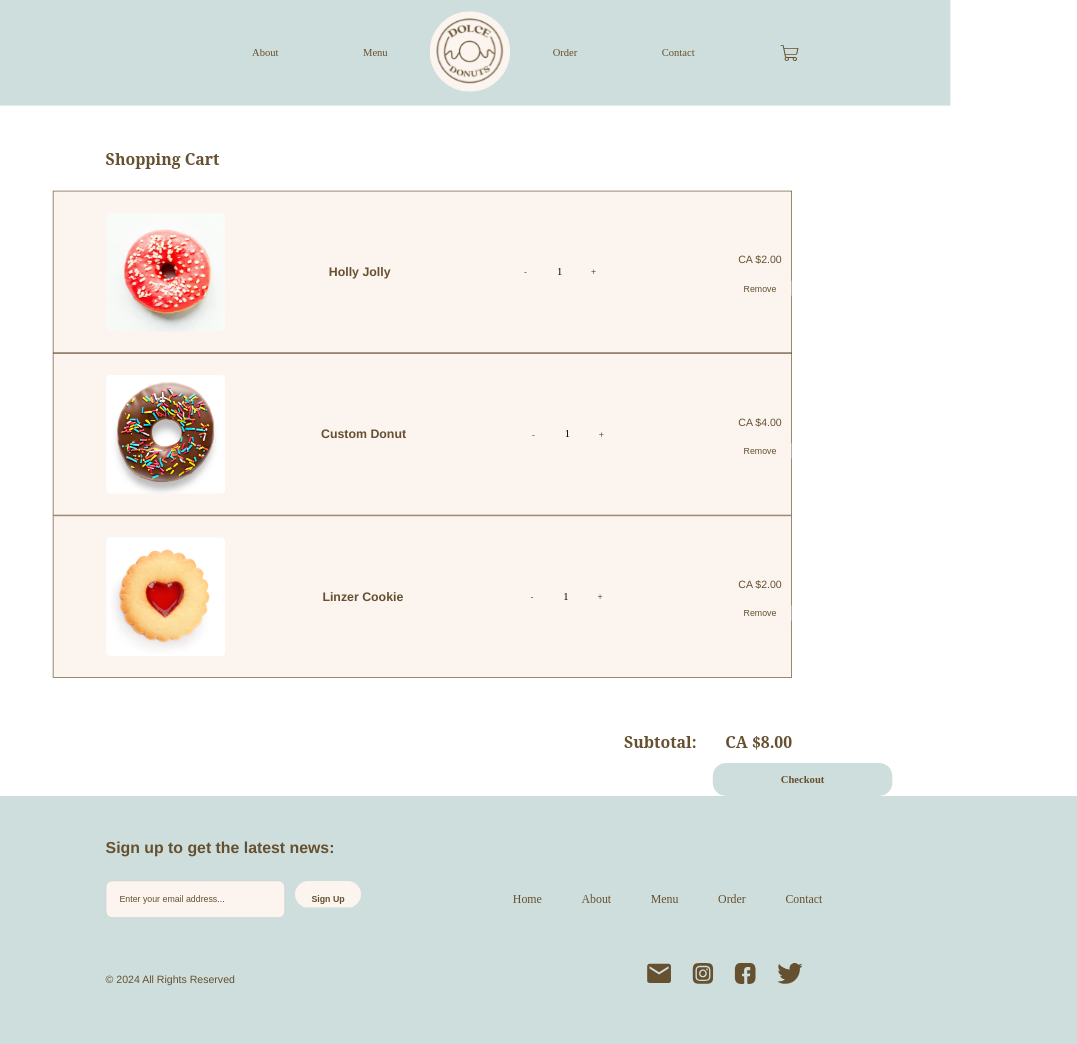
Repository: Crystalhtc/dolcedonuts
Page: /cart
An editor plug-in stored every save of this project. The page is shown before and after the next save, followed by the edit.
The browser window is 1280 px wide. The page is 1632 px wide, so the pictures cover 1632 px, including what lies to the right of the window. The pictures show the whole page, at 66% of full size.
The project was rebuilt for these pictures with package versions that can differ from the ones it lists, and the page was loaded fresh each time. Also part of the build but not shown: vite.config.js, src/pages/Home.module.css, src/components/ProductCard/ProductCard.jsx, src/Data/products.js, src/pages/Order.css, src/pages/Menu.jsx, src/pages/Order.jsx, src/pages/Contact.module.css and 17 more.

Above is the page before, as saved 2024-10-21 05:50:20.

### src/App.jsx
import React from 'react';
import "./App.css";
import { BrowserRouter as Router, Route, Routes } from 'react-router-dom';
import Header from './components/Header/Header';
import Footer from './components/Footer/Footer';
import Home from './pages/Home';
import Menu from './pages/menu';
import Order from './pages/order';
import Contact from './pages/Contact';
import About from './pages/About';
import Checkout from './pages/Checkout';
import Cart from './pages/Cart';
import ProductDetails from './pages/ProductDetails';
import PaymentReview from './pages/PaymentReview';

function App() {

  return (
    <Router>
      <Header />
      <Routes>
        <Route path="/" element={<Home />} />
        <Route path="/about" element={<About />} />
        <Route path="/menu" element={<Menu />} />
        <Route path="/order" element={<Order />} />
        <Route path="/productdetails/:id" element={<ProductDetails />} />
        <Route path="/contact" element={<Contact />} />
        <Route path="/cart" element={<Cart />} />
        <Route path="/checkout" element={<Checkout />} />
        <Route path="/paymentreview" element={<PaymentReview />} />
      </Routes>
      <Footer />
    </Router>
  );
}

export default App;

### src/App.css
@import url('https://fonts.googleapis.com/css2?family=Arimo:ital,wght@0,400..700;1,400..700&display=swap');
@import url('https://fonts.googleapis.com/css2?family=Noto+Serif:ital,wght@0,100..900;1,100..900&display=swap');

:root {
    --mint: #CEDEDC;
    --cream: #FBF4EF;
    --pink: #F5CCD6;
    --dark-pink: #E3BBC5;
    --brown: #655030;
    --dark-brown: #4C3B22;
}
body {
    margin: 0 auto;
}
/* font */
/* heading, button */
h1 {
    font-family: "Noto Serif", serif;
    color: #655030;
    font-size: 28pt;
}
/* subheading */
h2 {
    font-size: 24pt;
    font-family: 'Arimo', sans-serif;
    color: #655030;
}
/* paragraph */
p {
    font-family: 'Arimo', sans-serif;
    color: #655030;
}

.container {
    max-width: 1440px;
    margin: 0 auto;
    height: auto;
    /* padding: 20px;  */
}

### src/components/Header/Header.jsx
import { NavLink } from 'react-router-dom';
import styles from './Header.module.css';
import logo from '../../assets/logo.svg';
import cartIcon from '../../assets/cart-icon.svg';

export default function Header() {
  return (
    <nav className={styles.nav}>
      <ul className={styles.navList}>
        <li className={styles.navItem}>
          <NavLink to="/about" className={({ isActive }) => (isActive ? styles.activeLink : undefined)}>About</NavLink>
        </li>
        <li className={styles.navItem}>
          <NavLink to="/menu" className={({ isActive }) => (isActive ? styles.activeLink : undefined)}>Menu</NavLink>
        </li>
        <li className={styles.logoContainer}>
          <NavLink to="/">
            <img src={logo} alt="Logo" className={styles.logo} />
          </NavLink>
        </li>
        <li className={styles.navItem}>
          <NavLink to="/order" className={({ isActive }) => (isActive ? styles.activeLink : undefined)}>Order</NavLink>
        </li>
        <li className={styles.navItem}>
          <NavLink to="/contact" className={({ isActive }) => (isActive ? styles.activeLink : undefined)}>Contact</NavLink>
        </li>
        <li className={styles.navItem}>
          <NavLink to="/cart" className={({ isActive }) => (isActive ? styles.activeLink : undefined)}>
            <img src={cartIcon} alt="Cart" className={styles.cartIcon} />
          </NavLink>
        </li>
      </ul>
    </nav>
  );
}

### src/components/Footer/Footer.jsx
import React from 'react';
import styles from './Footer.module.css';
import socialMediaIcons from '../../assets/social-media-icons.svg';

const Footer = () => {
    return (
        <footer className={styles.footer}> {/* Use styles for className */}
            <h2 className={styles.signUpMessage}>Sign up to get the latest news:</h2>

            <div className={styles.topContainer}>
                <div className={styles.newsletterSignup}> {/* Use styles for className */}
                    <input type="email" placeholder="Enter your email address..." />
                       <button className={styles.signupButton}>Sign Up</button> {/* Use styles for className */}
                </div>

                 <div className={styles.footerLinks}>
                     <ul className={styles.linkList}>
                        <li><a href="/">Home</a></li>
                        <li><a href="/about">About</a></li>
                        <li><a href="/menu">Menu</a></li>
                        <li><a href="/order">Order</a></li>
                        <li><a href="/contact">Contact</a></li>
                    </ul>
                </div>
            </div>

            <div className={styles.footerBottomContainer}>
                <p>© 2024 All Rights Reserved</p>
                <div className={styles.socialMedia}> {/* Use styles for className */}
                    <img src={socialMediaIcons} alt="Social Media Icons" />
                </div>
            </div>
        </footer>
    );
};

export default Footer;

### src/pages/Home.jsx
import React from 'react';
import homeBanner from '../assets/home-main-banner.png';
import cardImage1 from '../assets/home-card-img-1.png';
import cardImage2 from '../assets/home-card-img-2.png';
import cardImage3 from '../assets/home-card-img-3.png';
import cardImage4 from '../assets/home-card-img-4.png';
import cardImage5 from '../assets/home-card-img-5.png';
import styles from './Home.module.css';

const cardData = [
    {
        id: 1,
        image: cardImage1,
        text: (
            <div className={styles.addressCard}>
                    <div className={styles.addressColumn}>
                        <h2>Downtown</h2>
                        <p>XXX West Pender St.<br />
                        Vancouver, BC<br />
                        V6B 1V3<br />
                        (604) XXX-XXXX<br />
                        Mon - Fri 9am – 5pm*<br />
                        Sat - Sun 10am – 6pm*<br />
                        *Or until sell out occurs.</p>
                    </div>
                    <div className={styles.addressColumn}>
                        <h2>Mount Pleasant</h2>
                        <p>XXX Main St.<br />
                        Vancouver, BC<br />
                        V4C 2V6<br />
                        (604) XXX-XXXX<br />
                        Mon - Fri 9am – 5pm*<br />
                        Sat - Sun 10am – 6pm*<br />
                        *Or until sell out occurs.</p>
                    </div>
            </div>
        ),
        button: 'About Us',
        link: '/about'
    },
    {
        id: 2,
        image: cardImage2,
        text: 'Choose your favourite toppings, glazes, and flavours to create a personalized donut, just the way you like.',
        button: 'Custom Donut',
        link: '/order'
    },
    {
        id: 3,
        image: cardImage3,
        text: 'Explore sweet delights at Dolce Donuts with our signature treats, freshly baked treats, and expertly crafted coffees. Our menu is designed to satisfy your sweet cravings.',
        button: 'Menu',
        link: '/menu'
    },
    {
        id: 4,
        image: cardImage4,
        text: 'Pre-order our artisanal donuts for pick-up or shipping! We prepare the same selection as in store. Treat yourself to flavour-packed joy.',
        button: 'Pre-Order Online',
        link: '/order'
    },
    {
        id: 5,
        image: cardImage5,
        text: 'We are here to assist with any inquiries or special orders. Drop us a message to help us make your donut dreams come true!',
        button: 'Get in Touch',
        link: '/contact'
    },
];

export default function Home() {
    return (
        <div className={styles.homeContainer}>
            <img
                src={homeBanner}
                alt="Home Main Banner"
                className={styles.homeBanner}
            />

<div className={styles.cardsContainer}>
                {cardData.map((card, index) => (
                    <div
                        key={card.id}
                        className={`${styles.card} ${index % 2 === 0 ? styles.mintBackground : ''} ${index % 2 === 0 ? styles.cardLeft : styles.cardRight}`}
                    >
                        <img
                            src={card.image}
                            alt={`Card ${card.id}`}
                            className={styles.cardImage}
                        />
                        <div className={styles.cardContent}>
                            <p>{card.text}</p>
                            <a href={card.link} className={styles.ctaButton}>{card.button}</a>
                        </div>
                    </div>
                ))}
            </div>
        </div>
    );
}

### src/pages/Cart.jsx
import { useState } from "react";
import styles from "./Cart.module.css";
import MintButton from "../components/MintButton/MintButton";

export default function Cart() {
    const [quantities, setQuantities] = useState({
        hollyJolly: 1,
        customDonut: 1,
        linzerCookie: 1,
    });

    const prices = {
        hollyJolly: 2.00,
        customDonut: 4.00,
        linzerCookie: 2.00,
    };

    const handleAdd = (item) => {
        setQuantities((prevQuantities) => ({
            ...prevQuantities,
            [item]: prevQuantities[item] + 1,
        }));
    };

    const handleRemove = (item) => {
        setQuantities((prevQuantities) => ({
            ...prevQuantities,
            [item]: Math.max(1, prevQuantities[item] - 1),
        }));
    };

    const handleRemoveItem = (item) => {
        setQuantities((prevQuantities) => {
            const newQuantities = { ...prevQuantities };
            delete newQuantities[item];
            return newQuantities;
        });
    };

    const getTotalPrice = (item) => {
        return (quantities[item] * prices[item]).toFixed(2);
    };

    const calculateTotal = () => {
        return Object.keys(quantities).reduce((total, item) => {
            return total + quantities[item] * prices[item];
        }, 0).toFixed(2);
    };

    return (
        <div>
            <h2 className={styles.cartH2}>Shopping Cart</h2>
            <div className={styles.listContainer}>
                {quantities.hollyJolly && (
                    <div className={styles.itemList}>
                        <img
                            src="src/assets/Donut2.png"
                            alt="Red glazed donut"
                            className={styles.donutImg}
                            width={180}
                            height={180}
                        />
                        <h3 className={styles.cookieName}>Holly Jolly</h3>
                        <div className={styles.quantityControls}>
                            <button onClick={() => handleRemove("hollyJolly")}>-</button>
                            <span>{quantities.hollyJolly}</span>
                            <button onClick={() => handleAdd("hollyJolly")}>+</button>
                        </div>
                        <div className={styles.priceRemove}>
                            <p className={styles.totalPrice}>CA ${getTotalPrice("hollyJolly")}</p>
                            <button className={styles.removeBtn} onClick={() => handleRemoveItem("hollyJolly")}>Remove</button>
                        </div>
                    </div>
                )}

                {quantities.customDonut && (
                    <div className={styles.itemList}>
                        <img
                            src="src/assets/Donut1.png"
                            alt="Chocolate glazed donut"
                            className={styles.donutImg}
                            width={180}
                            height={180}
                        />
                        <h3 className={styles.cookieName}>Custom Donut</h3>
                        <div className={styles.quantityControls}>
                            <button onClick={() => handleRemove("customDonut")}>-</button>
                            <span>{quantities.customDonut}</span>
                            <button onClick={() => handleAdd("customDonut")}>+</button>
                        </div>
                        <div className={styles.priceRemove}>
                            <p className={styles.totalPrice}>CA ${getTotalPrice("customDonut")}</p>
                            <button className={styles.removeBtn} onClick={() => handleRemoveItem("customDonut")}>Remove</button>
                        </div>
                    </div>
                )}

                {quantities.linzerCookie && (
                    <div className={styles.itemList}>
                        <img
                            src="src/assets/LinzerCookie.png"
                            alt="Heart butter cookie"
                            className={styles.donutImg}
                            width={180}
                            height={180}
                        />
                        <h3 className={styles.cookieName}>Linzer Cookie</h3>
                        <div className={styles.quantityControls}>
                            <button onClick={() => handleRemove("linzerCookie")}>-</button>
                            <span>{quantities.linzerCookie}</span>
                            <button onClick={() => handleAdd("linzerCookie")}>+</button>
                        </div>
                        <div className={styles.priceRemove}>
                            <p className={styles.totalPrice}>CA ${getTotalPrice("linzerCookie")}</p>
                            <button className={styles.removeBtn} onClick={() => handleRemoveItem("linzerCookie")}>Remove</button>
                        </div>
                    </div>
                )}
            </div>

            <div className={styles.totalContainer}>
                <h2 className={styles.totalH2}>Subtotal: &nbsp;&nbsp;&nbsp;&nbsp;&nbsp; CA ${calculateTotal()}</h2>
                <div className={styles.checkoutBtn} style={{ width: '240px'}}>
                    <MintButton buttonText="Checkout" />
                </div>

            </div>
        </div>
    );
}

### src/components/Header/Header.module.css
.nav {
    width: 1440px;
    height: 160px;
    background-color: var(--mint);
    display: flex;
    justify-content: center;
    flex-shrink: 0;
    margin: auto;
}

.navList {
    list-style-type: none;
    display: flex;
    justify-content: center;
    align-items: center;
    margin: 0;
    padding: 0;
    width: 100%;

    margin-left: 11%;
}

.navItem {
    margin: 0 4rem;
}

.navItem a {
    text-decoration: none;
    color: var(--brown);
}

.logoContainer {
    flex: 0 0 auto;
}

.logo {
    width: 122px;
    height: 122px;
    object-fit: contain;
}

.cartIcon {
    width: 36px;
    height: auto;
}

.navItem .activeLink {
    text-decoration: underline;
    color: var(--brown);
}

### src/components/Footer/Footer.module.css
.footer {
    width: 1440px;
    height: 312px;
    background-color: var(--mint);
    padding: 2rem;
    color: var(--brown);
    padding-left: 10rem;
    flex-shrink: 0;
    margin: auto;
}

.topContainer {
    display: flex;
    align-items: center;
    gap: 10rem;
}

.footerBottomContainer {
    display: flex;
    margin-top: 3rem;
    gap: 39rem;
}

.newsletterSignup input {
    padding: 20px;
    width: 230px;
    border: 1px solid #ccc;
    background-color: var(--cream);
    border-radius: 10px;
}

.signupButton {
    width: 100px;
    padding: 20px;
    margin-left: 15px;
    background-color: var(--cream);
    color: var(--brown);
    font-weight: bold;
    border: none;
    border-radius: 20px;
}

.footerLinks {
    margin: 20px 0;
    display: flex;
    font-size: large;
}

.linkList a {
    color: var(--brown);
    list-style-type: none;
    text-decoration: none;
}

.linkList li {
    text-decoration: none;
    display: inline;
    margin: 0 30px;
}

.socialMedia img {
    width: 250px;
    height: auto;
}

### src/pages/Checkout.module.css
.checkoutContainer {
    display: flex;
    align-items: center;
    justify-content: center;
}

input {
    background-color: var(--cream);
    border: none;
    padding: 1rem;
    border-radius: 4px;
}

.contactInputs {
    display: flex;
    flex-direction: column;
}

.checkoutContainer {
    display: flex;
    justify-content: space-between;
    align-items: start;
    padding: 2rem;
    max-width: 1200px;
    margin: 0 auto;
    gap: 3rem;
}

.leftColumn {
    flex: 2;
}

.rightColumn {
    flex: 1;
    padding: 2rem;
    height: fit-content;
    border-left: 1px solid var(--brown);
}

::placeholder {
    color: var(--brown);
}

h3 {
    color: var(--brown);
}

/* Contact Section */
.contactInputs {
    display: flex;
    flex-direction: column;
    gap: 1rem;
}

/* Delivery Section */
.deliveryOptions {
    display: flex;
    flex-direction: column;
    align-items: center;
}

.deliveryToggle {
    display: flex;
    align-items: center;
    gap: 1rem;
    margin: 1rem 0;
    background-color: var(--cream);
    border-radius: 10px;
    padding: 0.5rem;
    width: 60%;
}

/* Delivery Toggle Buttons */
.deliveryToggle {
    display: flex;
    gap: 1rem; /* Space between buttons */
}

.deliveryToggle button {
    padding: 0.75rem 1rem;
    border: none;
    border-radius: 20px;
    cursor: pointer;
    flex: 1;
    transition: background-color 0.3s ease; /* Smooth transition */
}

/* Default styles */
.pickupButton {
    background-color: transparent; /* Inactive state */
    color: var(--brown); /* Text color */
}

.deliveryButton {
    background-color: transparent; /* Inactive state */
    color: var(--brown); /* Text color */
}

/* Active styles */
.pickupButton.active,
.deliveryButton.active {
    background-color: var(--mint); /* Active button color */
}

/* Hover state */
.deliveryToggle button:hover {
    background-color: pink; /* Hover state */
}

/* Optional: Set a specific color for inactive buttons' text */
.deliveryToggle button:not(.active) {
    color: var(--brown); /* Change to desired inactive text color */
}

.addresses {
    display: flex;
    flex-direction: column;
    gap: 1rem;
}

.downtown, .mountPleasant {
    background-color: var(--cream);
    border-radius: 10px;
    padding: 1rem;
    display: flex;
    gap: 1rem;
    align-items: start;
}


/* Payment Section */
.paymentContainer {
    margin: 1rem 0;
}

.creditCardTitle {
    background: var(--mint);
    padding: 0.5rem 1rem;
    margin-bottom: 1rem;
}

.paymentInputs {
    display: flex;
    flex-direction: column;
    gap: 1rem;
}

.fullWidthInput input {
    width: 100%;
}

.halfWidthInput {
    display: flex;
    justify-content: space-between;
}

.firstHalfInput {
    width: 100%;
}

.secondHalfInput {
    width: 100%;
    display: flex;
    justify-content: end;
}

.firstHalfInput input {
    width: 90%;
}

.secondHalfInput input {
    width: 90%;
}

.halfWidthInputField input {
    width: 50%
}

.paymentInputs > div {
    display: flex;
    gap: 1rem;
}

/* Right Column Styling */
.checkoutProducts {
    display: flex;
    flex-direction: column;
    gap: 1rem;
    margin-bottom: 2rem;
}

.discountCode {
    display: flex;
    gap: 1rem;
    margin-bottom: 2rem;
    height: 3rem;
}

.discountInput {
    flex: 1;
    background: none;
    border: 2px solid var(--mint);
}

.discountButton {
    height: 3rem;
    padding: 0 1.5rem;
    background: none;
    border: none;
    border-radius: 10px;
    cursor: pointer;
    background: var(--cream);
}

.discountButton:hover {
    background: var(--brown);
    color: var(--cream);
}

.price {
    display: flex;
    flex-direction: column;
    margin-bottom: 2rem;
}

.subtotal, .tax, .total {
    display: flex;
    justify-content: space-between;
    align-items: center;
}

.total {
    font-weight: bold;
    font-size: 1.2rem;
    border-top: 1px solid #ccc;
    padding-top: 1rem;
}

/* Section Headers */
h1 {
    margin-bottom: 2rem;
    font-size: 2rem;
}

h2 {
    margin: 2rem 0 1rem 0;
    font-size: 1.5rem;
}

/* Responsive Design */
@media (max-width: 768px) {
    .checkoutContainer {
        flex-direction: column;
        padding: 1rem;
    }

    .rightColumn {
        width: 100%;
    }

    .paymentInputs > div,
    .addressInputs > div {
        flex-direction: column;
    }
}

### src/components/MintButton/MintButton.jsx
import React from 'react';
import { NavLink } from 'react-router-dom';
import styles from './MintButton.module.css';

const MintButton = ({ path, buttonText }) => {
    return (
        <div className={styles.buttonContainer}>
            <div className={styles.button}>
                <NavLink
                    to= {path}
                    className={styles.buttonLink}
                >
                    {buttonText}
                </NavLink>
            </div>
        </div>
    );
};

export default MintButton;

### src/pages/Cart.module.css
.cartH2 {
    font-family: "Noto Serif", serif;
    margin-left: 10rem;
    margin-top: 4rem;
    margin-bottom: 2rem;
}

.listContainer {
    margin-bottom: 5rem;
}

.itemList {
    display: flex;
    background-color: var(--cream);
    border: var(--brown) solid 1px;
    margin-left: 5rem;
    margin-right: 5rem;
    align-items: center;
    justify-content: space-between;
}

.donutImg {
    padding-left: 5rem;
    padding-top: 2rem;
    padding-bottom: 2rem;
}

.cookieName {
    font-family: 'Arimo', sans-serif;;
}

.priceRemove {
    text-align: center;
}

.totalContainer {
    text-align: right;
    margin-right: 5rem;
}

.totalH2 {
    font-family: "Noto Serif", serif;
}

.checkoutBtn {
    margin-left: 67.5rem;
    margin-bottom: ;
}

### src/components/ProductCard/ProductCard.module.css
.container {
    width: 340px;
    height: 530px;
    border-radius: 8px;
    padding: 18px 8px;
    box-shadow: 0px 4px 4px 0px rgba(0, 0, 0, 0.25);
    display: flex;
    flex-direction: column;
    align-items: center;
}
.priceAndButton {
    display: flex;
    flex-direction: row;
    align-items: center;
    gap: 10em;
}
button {
    width: 95px;
    height: 36px;
    border-radius: 8px;
    border: none;
    color: var(--brown);
    background: var(--Cream, #FBF4EF);
}
button h2 {
    margin: 0;
}

### src/components/MintButton/MintButton.module.css
.buttonContainer {
    width: 100%;
}

.button {
    width: 100%;
}

.button .buttonLink {
    display: block;
    width: 100%;
    padding: 1rem;
    background-color: var(--mint);
    color: var(--brown);
    border: none;
    border-radius: 20px;
    cursor: pointer;
    font-size: 1rem;
    font-weight: bold;
    text-align: center;
    text-decoration: none;
}

.button .buttonLink:hover {
    background-color: var(--pink);
}

Loaded but not shown: index.html (common file); src/main.jsx (common file)

After the next save:
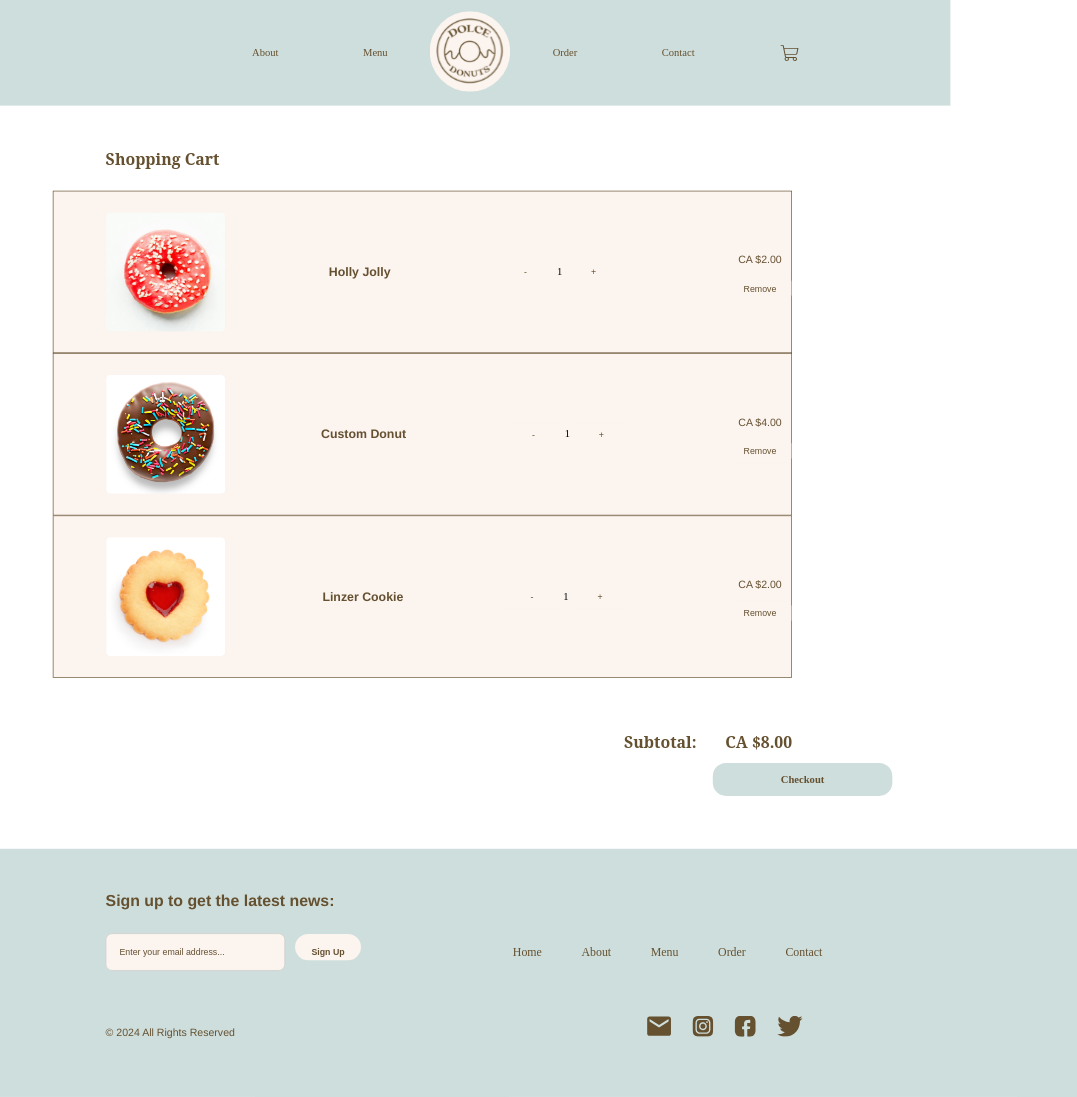
Saved 4 s later.
--- a/src/pages/Cart.module.css
+++ b/src/pages/Cart.module.css
@@ -44,5 +44,5 @@
 
 .checkoutBtn {
     margin-left: 67.5rem;
-    margin-bottom: ;
+    margin-bottom: 5rem;
 }
